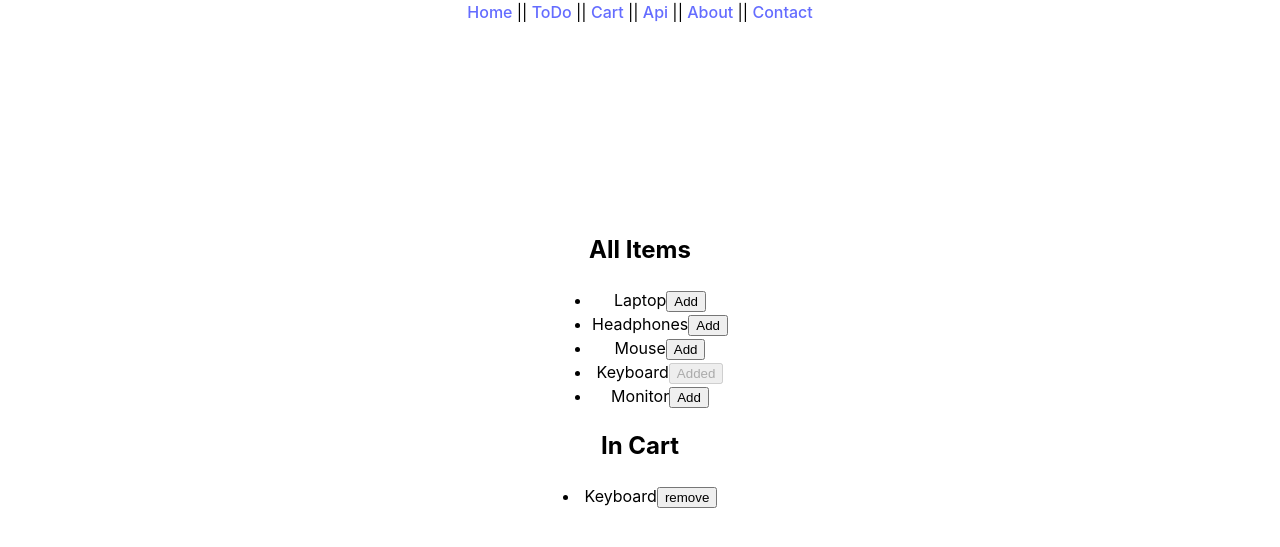
Repository: Irfan-vit/irfan_ambula
Page: /cart
An editor plug-in stored every save of this project. The page is shown before and after the next save, followed by the edit.
The browser window is 1280 px wide. The pictures show the whole page.
The project was rebuilt for these pictures with package versions that can differ from the ones it lists, and the page was loaded fresh each time. Also part of the build but not shown: vite.config.ts, src/pages/toDo/ToDo.tsx.

Above is the page before, as saved 2023-12-18 17:53:18.

After the next save:
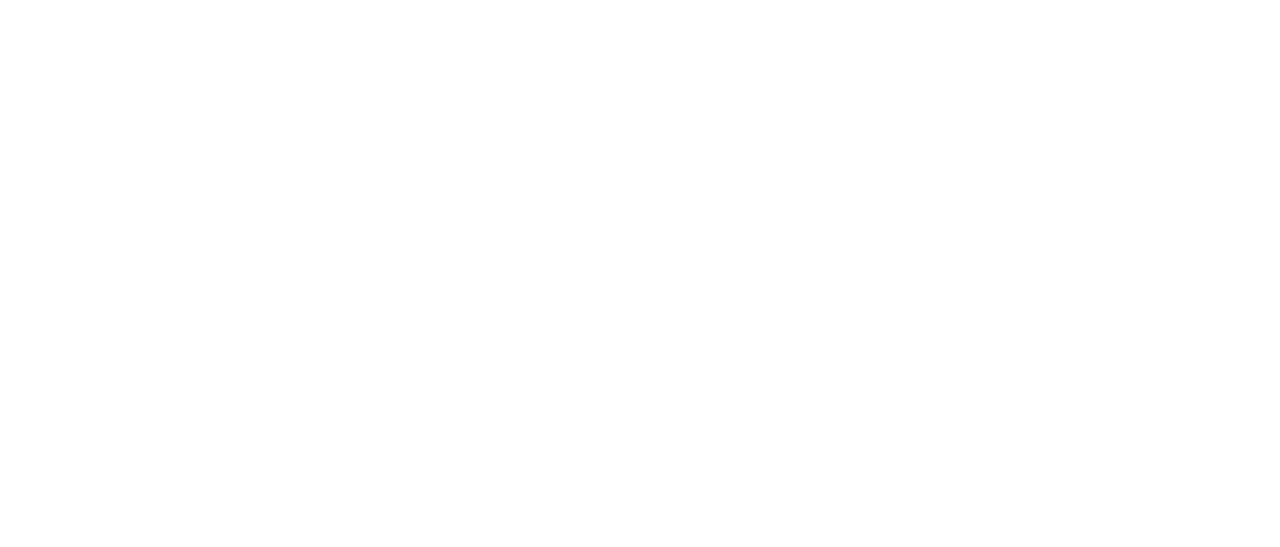
Console error: ReferenceError: string is not defined
Saved 5 s later.
--- a/src/pages/shoppingCart/ShoppingCart.tsx
+++ b/src/pages/shoppingCart/ShoppingCart.tsx
@@ -1,6 +1,6 @@
 import { useReducer } from "react";
 
-type Todo = {
+type  = {
     name: string,
     status: boolean,
     id: number

After the save that followed:
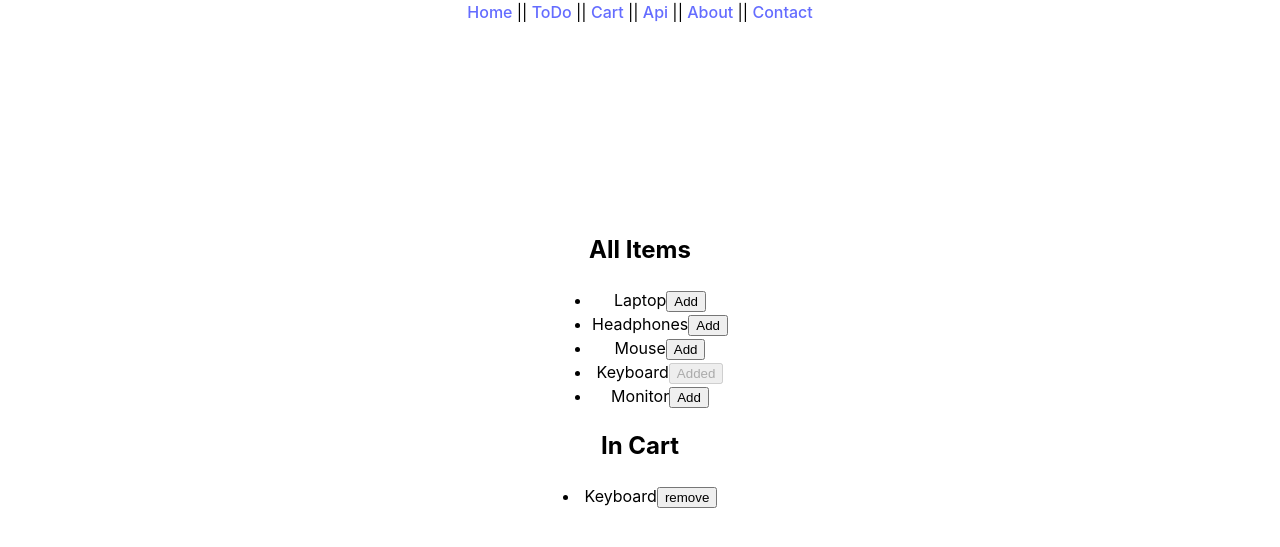
The error is gone.
Saved 4 s later.
--- a/src/pages/shoppingCart/ShoppingCart.tsx
+++ b/src/pages/shoppingCart/ShoppingCart.tsx
@@ -1,6 +1,6 @@
 import { useReducer } from "react";
 
-type  = {
+type TypeData = {
     name: string,
     status: boolean,
     id: number
